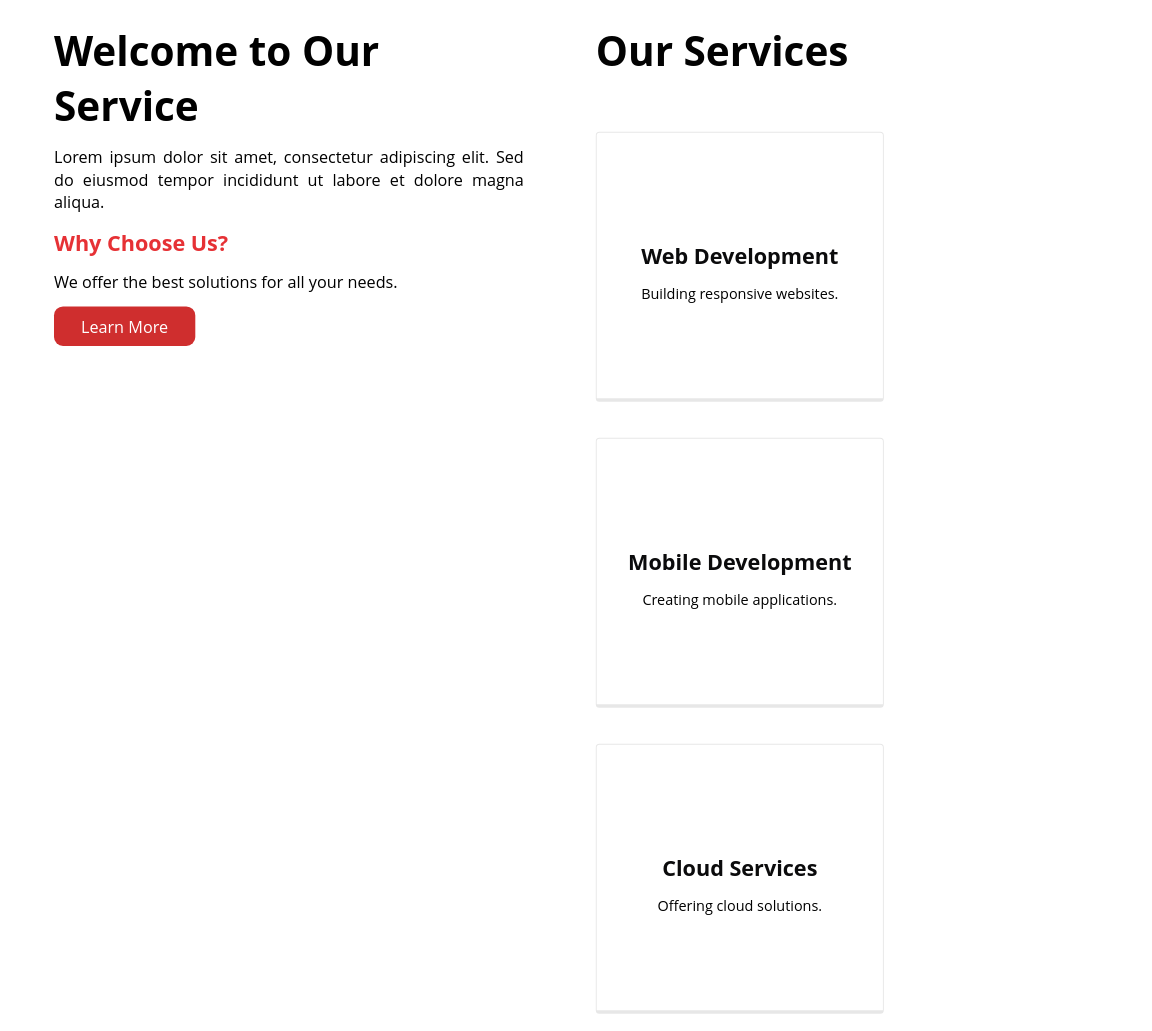
Repository: viveknaidu007/repo-152-FSD-InnomaticsTasksSep2024
Page: task_5/demo/index.html
The author's editor kept a copy of each file at every save. The page is drawn from the files as they stood at one save, then again after the next save.
The browser window is 1280 px wide. The pictures show the part of the page from y = 706 to 1852 px (the page is 1852 px tall), at 90% of full size.

Above is the page before, as saved 2024-10-02 15:54:43.

### task_5/demo/index.html
<!DOCTYPE html>
<html lang="en">
<head>
  <meta charset="UTF-8">
  <meta name="viewport" content="width=device-width, initial-scale=1.0">
  <title>Sample Page</title>
  <link rel="stylesheet" href="styles.css">
</head>
<body>

  <!-- Navigation Bar -->
  <nav class="menu">
    <div class="menu-header">
      <h1>FOR ENQUIRY</h1>
      <button> HYD :9912345345 <i class="fas fa-user"></i></button>
      <p>Contact us at : <span>9912348535</span></p>
    </div>

    <div class="menu-bar">
      <img src="https://www.innomatics.in/wp-content/uploads/2023/01/Innomatics-Logo1.png" alt="Logo">
      <div class="menu-links">
        <a href="#home">Home</a>
        <a href="#about">About</a>
        <a href="#services">Services</a>
        <a href="#contact">Contact</a>
      </div>
      <button> PAY NOW <i class="fas fa-arrow-right"></i></button>
    </div>
  </nav>

  <!-- Banner Section -->
  <section class="banner-container">
    <img src="img.jpg" alt="Banner Image">
  </section>

  <!-- Main Content Section -->
  <section class="content-wrapper">
    <div class="left-content">
      <h1>Welcome to Our Service</h1>
      <p>Lorem ipsum dolor sit amet, consectetur adipiscing elit. Sed do eiusmod tempor incididunt ut labore et dolore magna aliqua.</p>
      <h2 class="highlight-color">Why Choose Us?</h2>
      <p>We offer the best solutions for all your needs.</p>
      <button>Learn More</button>
    </div>

    <div class="right-content">
      <h1>Our Services</h1>
      <div class="box-layout">
        <div class="box-item">
          <i class="fas fa-laptop"></i>
          <h2>Web Development</h2>
          <p>Building responsive websites.</p>
        </div>
        <div class="box-item">
          <i class="fas fa-mobile-alt"></i>
          <h2>Mobile Development</h2>
          <p>Creating mobile applications.</p>
        </div>
        <div class="box-item">
          <i class="fas fa-cloud"></i>
          <h2>Cloud Services</h2>
          <p>Offering cloud solutions.</p>
        </div>
      </div>
    </div>
  </section>

</body>
</html>

### task_5/demo/styles.css

* {
    margin: 0;
    padding: 0;
    box-sizing: border-box;
    scroll-behavior: smooth;
    font-family: "Open Sans", sans-serif;
}

:root {
    --main-color: #cf2e2e;
    --highlight-color: #e63135;
}

.menu {
    position: sticky;
    z-index: 1000;
    top: 0;
    width: 100%;
    background-color: white;
}

.menu-header {
    background-color: var(--main-color);
    color: white;
    display: flex;
    align-items: center;
    padding: 5px;
}

.menu-header h1 {
    margin-left: 60px;
    font-size: 18px;
}

.menu-header-large {
    display: flex;
    align-items: center;
}

.menu-header-small {
    display: none;
}

.menu-header-medium {
    display: none;
}

.menu-header button {
    background-color: black;
    color: white;
    border: 2px solid white;
    margin-left: 60px;
    padding: 6px;
    font-size: 16px;
    border-radius: 12px;
}

.menu-header button i {
    color: var(--main-color);
}

.menu-header p {
    margin-left: 400px;
    font-size: 18px;
}

.menu-header p span {
    font-weight: bold;
}

.menu-bar {
    display: flex;
    align-items: center;
    border-bottom: 2px solid grey;
}

.menu-bar img {
    width: 350px;
    height: 80px;
    margin-left: 80px;
}

.menu-links {
    display: flex;
    gap: 60px;
    margin-left: 200px;
    font-size: 18px;
    font-weight: bold;
    color: black;
    background-color: whitesmoke;
}

.menu-links-small {
    display: none;
}

.menu-bar button {
    background: #000;
    color: white;
    border-radius: 12px;
    padding: 10px 20px;
    display: flex;
    gap: 5px;
    font-size: 18px;
    font-weight: bold;
    margin-left: 150px;
    display: flex;
    align-items: center;
    gap: 4px;
}

.menu-bar button:hover {
    background-color: white;
    color: black;
}

.banner-container img {
    width: 100%;
    height: 80vh;
    background-position: center;
    background-size: auto;
    background-color: transparent;
}

.content-wrapper {
    display: flex;
    gap: 80px;
    padding: 20px 60px;
}

.left-content {
    width: 45%;
}

.left-content h1 {
    font-size: 45px;
    font-weight: bold;
    margin-bottom: 15px;
}

.left-content p {
    font-size: 18px;
    text-align: justify;
    line-height: 25px;
}

.font-weight-bold {
    font-weight: bold;
}

.highlight-color {
    color: var(--highlight-color);
    font-weight: bold;
}

.left-content h2 {
    font-size: 24px;
    margin: 15px 0;
}

.left-content button {
    background: var(--main-color);
    border: none;
    padding: 10px 30px;
    font-size: 18px;
    font-weight: normal;
    color: white;
    border-radius: 10px;
    margin-top: 15px;
    margin-bottom: 20px;
}

.left-content button:hover {
    background: white;
    border: 2px solid var(--main-color);
    color: var(--main-color);
}

.right-content {
    width: 45%;
}

.right-content h1 {
    font-size: 45px;
    font-weight: bold;
    margin-bottom: 15px;
    color: #020202;
}

.box-layout {
    display: flex;
    flex-wrap: wrap;
    gap: 40px;
    margin-top: 60px;
}

.box-item {
    width: 320px;
    height: 300px;
    display: flex;
    flex-direction: column;
    justify-content: center;
    align-items: center;
    gap: 15px;
    border: 1px solid #e7e7e7;
    padding: 10px;
    border-radius: 4px;
    border-bottom: 4px solid #e7e7e7;
    transition: all 300ms ease-in-out;
}

.box-item:hover {
    border-bottom: 4px solid var(--highlight-color);
}

.box-item h2 {
    text-align: center;
    color: #0b0b0c;
}

.box-item p {
    text-align: center;
}

.box-item i {
    color: var(--highlight-color);
    font-size: 45px;
}

.menu-links a{
    color: black;
}

After the next save:
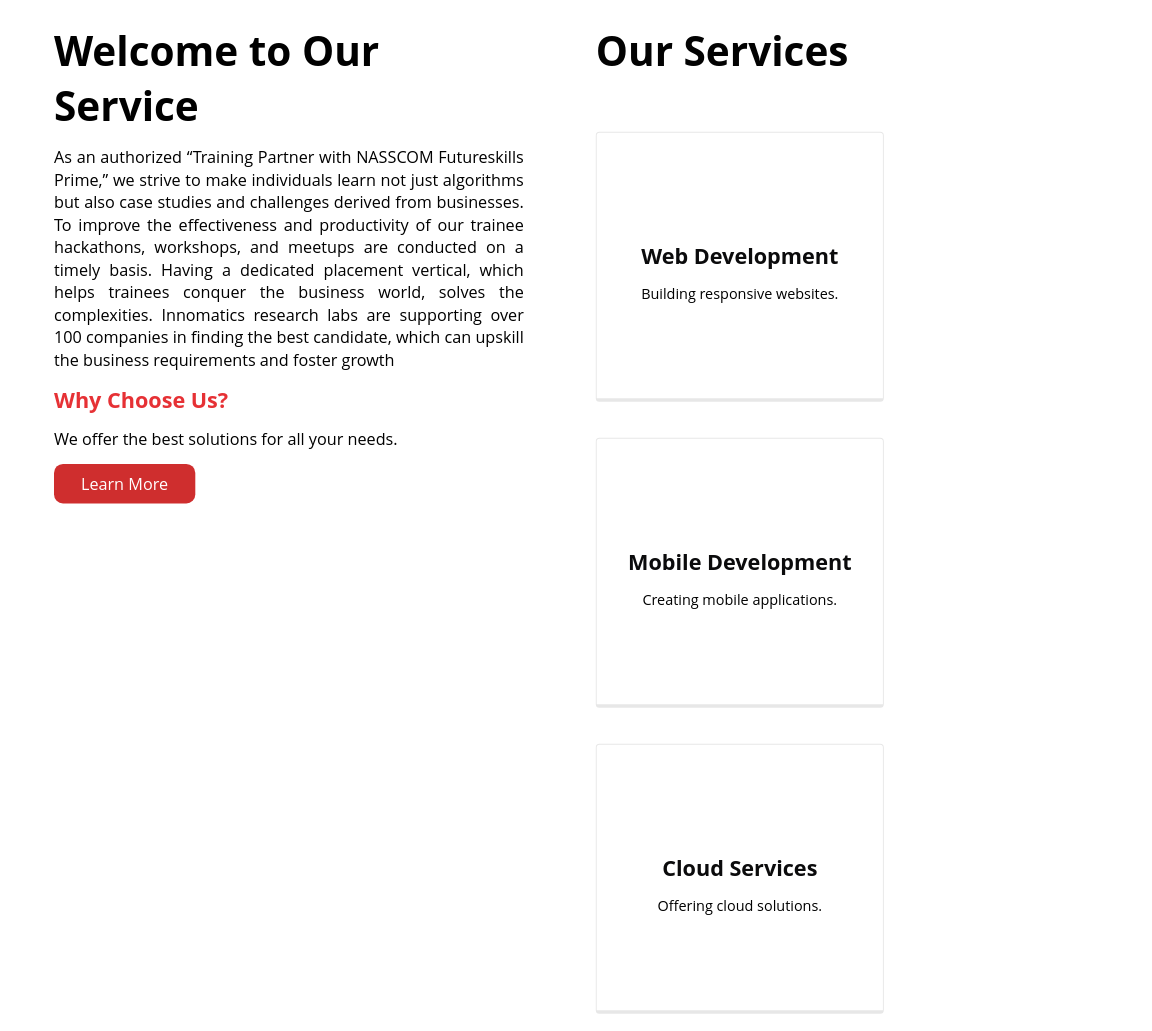
Saved 1 s later.
--- a/task_5/demo/index.html
+++ b/task_5/demo/index.html
@@ -37,7 +37,12 @@
   <section class="content-wrapper">
     <div class="left-content">
       <h1>Welcome to Our Service</h1>
-      <p>Lorem ipsum dolor sit amet, consectetur adipiscing elit. Sed do eiusmod tempor incididunt ut labore et dolore magna aliqua.</p>
+      <p>As an authorized “Training Partner with NASSCOM Futureskills Prime,” we strive to make individuals learn
+        not just algorithms but also case studies and challenges derived from businesses. To improve the
+        effectiveness and productivity of our trainee hackathons, workshops, and meetups are conducted on a
+        timely basis. Having a dedicated placement vertical, which helps trainees conquer the business world,
+        solves the complexities. Innomatics research labs are supporting over 100 companies in finding the best
+        candidate, which can upskill the business requirements and foster growth</p>
       <h2 class="highlight-color">Why Choose Us?</h2>
       <p>We offer the best solutions for all your needs.</p>
       <button>Learn More</button>
